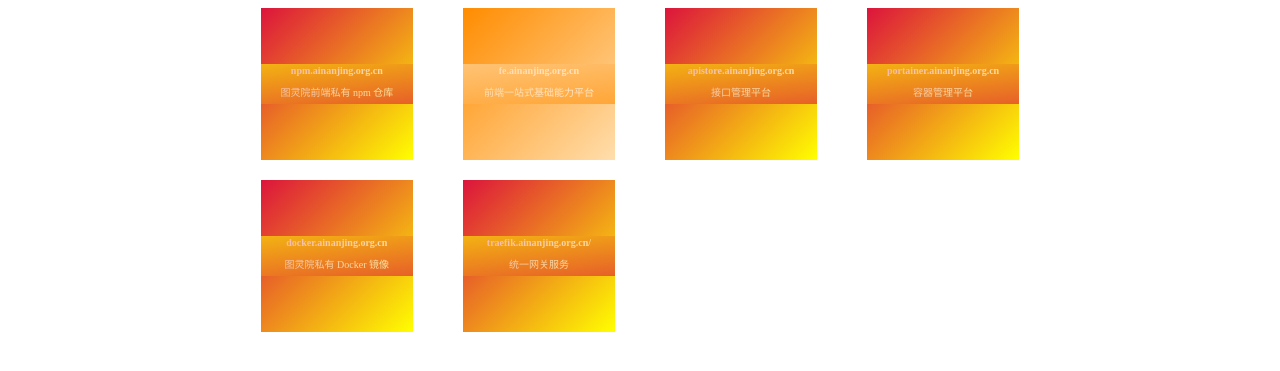
Repository: heweiwei1/portainer
Page: index.html
The author's editor kept a copy of each file at every save. The page is drawn from the files as they stood at one save, then again after the next save.
The browser window is 1280 px wide. The pictures show the whole page.

Above is the page before, as saved 2021-04-13 17:58:05.

After the next save:
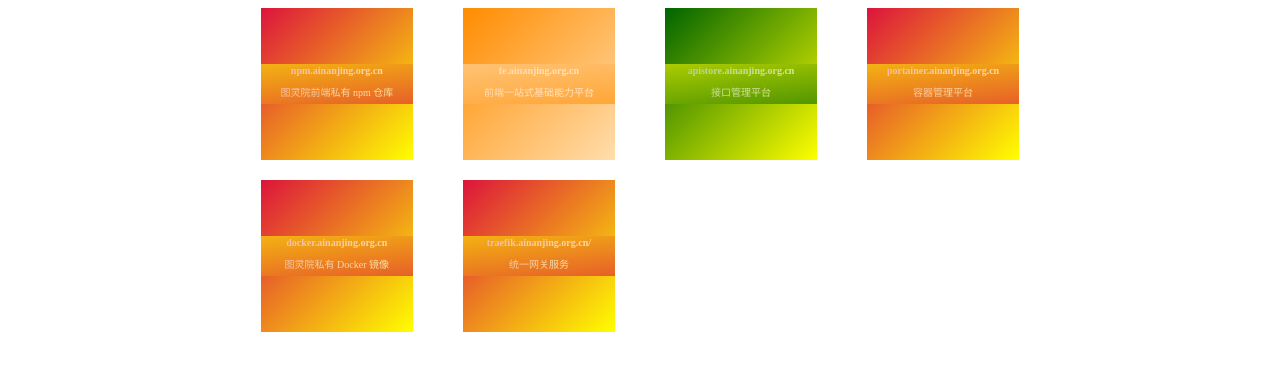
Saved 42 s later.
--- a/index.css
+++ b/index.css
@@ -54,10 +54,10 @@ a {
   background-image: linear-gradient(to top left,#ff8c00,#ffdead);
 }
 .demo-3 {
-  background-image: linear-gradient(to bottom right,#dc143c,#ffff00);
+  background-image: linear-gradient(to bottom right,#006400,#ffff00);
 }
 .demo-3 .trans{
-  background-image: linear-gradient(to top left,#dc143c,#ffff00);
+  background-image: linear-gradient(to top left,#006400,#ffff00);
 }
 .demo-4 {
   background-image: linear-gradient(to bottom right,#dc143c,#ffff00);
